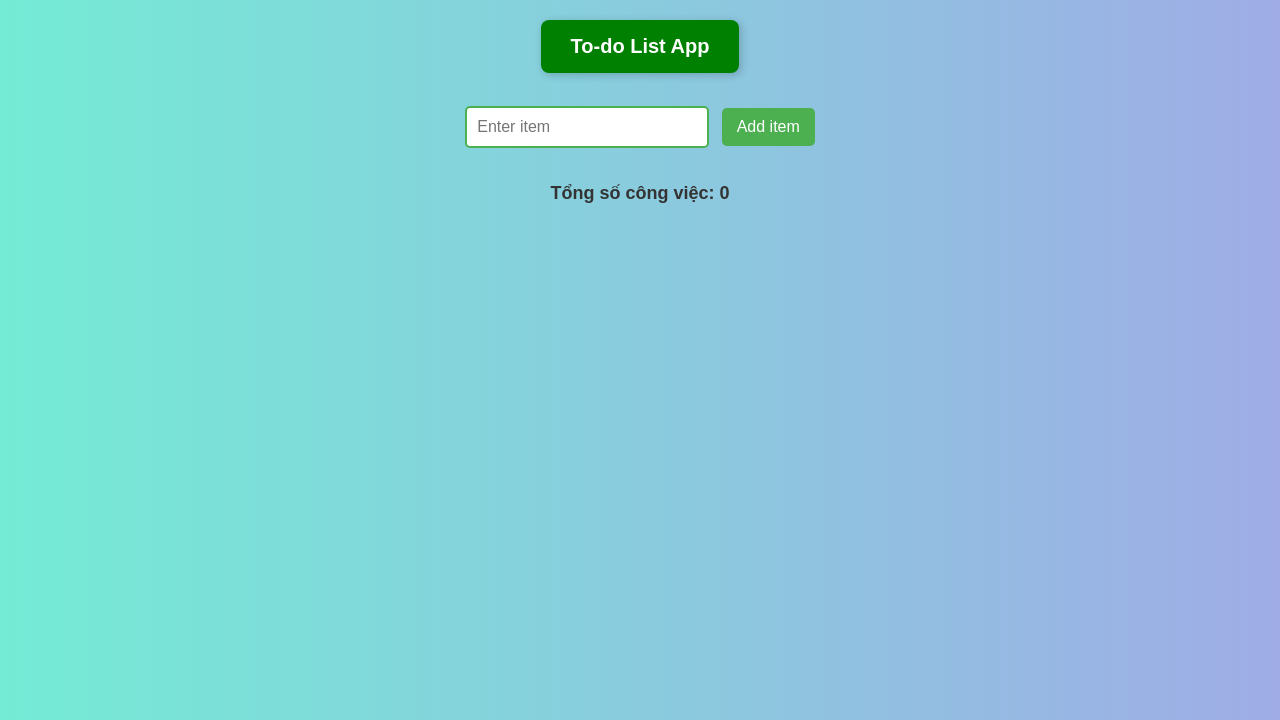
Repository: binhphanbp/WEB2064_JavaScript-Advanced_WD20305
Page: lesson4/lesson4.html
These files come from the project's save history. The page is drawn as it stood at one moment and after the next save; the edit follows.
The browser window is 1280 px wide. The pictures show the whole page.

Above is the page before, as saved 2025-09-24 12:23:48.

After the next save:
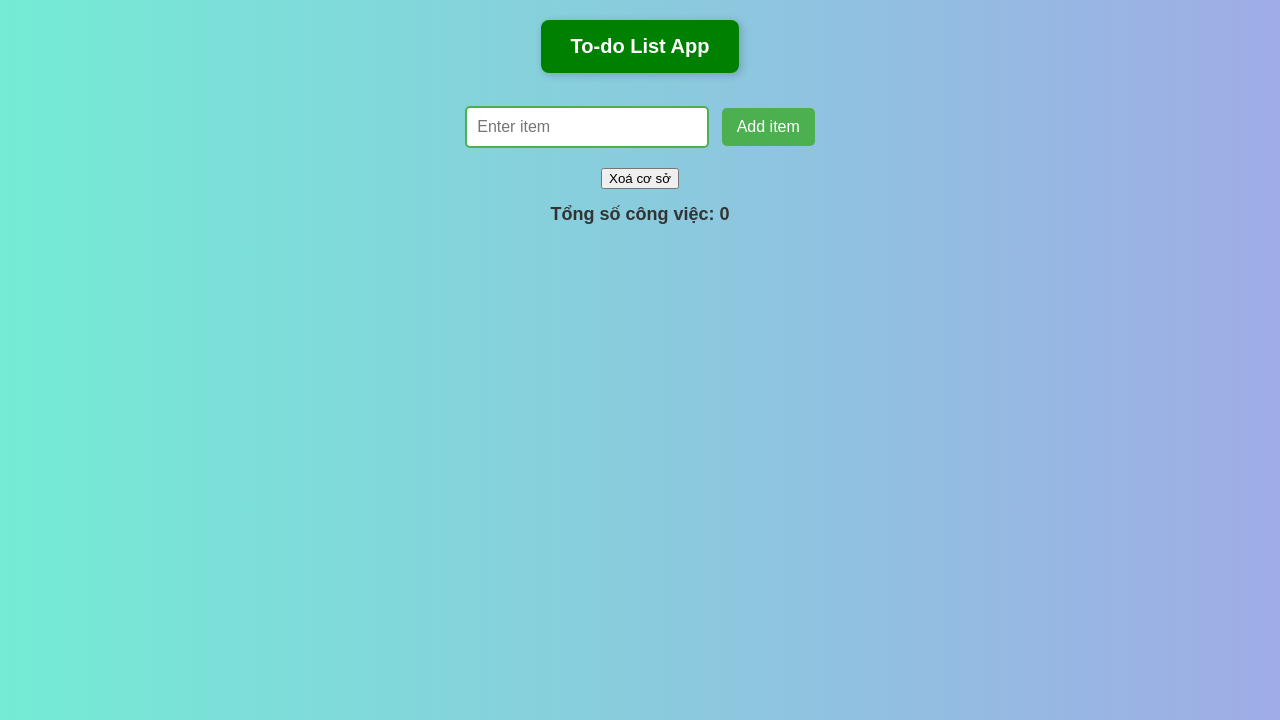
Saved 8 s later.
--- a/lesson4/lesson4.html
+++ b/lesson4/lesson4.html
@@ -179,6 +179,15 @@
 
       // 7. Xoá phần tử
       const btnDelAlt = document.createElement('button');
+      btnDelAlt.innerText = 'Xoá cơ sở';
+      btnDelAlt.addEventListener('click', () => {
+        const liTags = document.querySelectorAll('li');
+        liTags.forEach((liTag) => {
+          liTag.remove();
+        });
+        updateTaskCount();
+      });
+      ulTag.after(btnDelAlt);
     </script>
   </body>
 </html>
